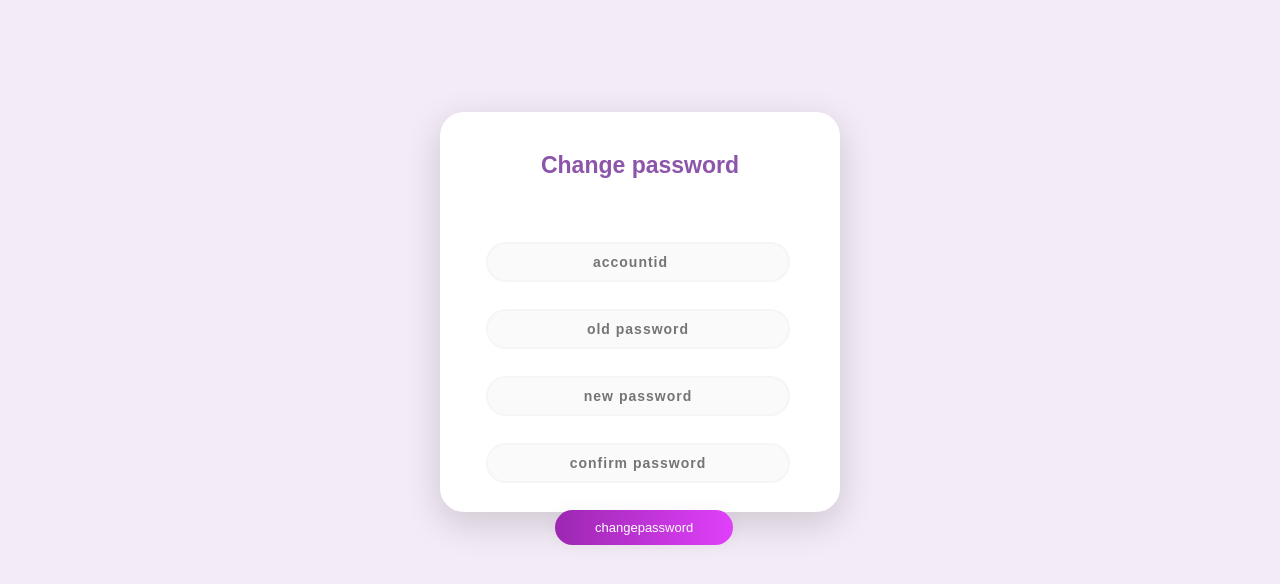
Repository: anujs099/bankingapp
Page: banking-application-final/WebContent/changepassword.html
These files come from the project's save history. The page is drawn as it stood at one moment and after the next save; the edit follows.
The browser window is 1280 px wide. The pictures show the whole page.

Above is the page before, as saved 2021-03-07 15:05:47.

After the next save:
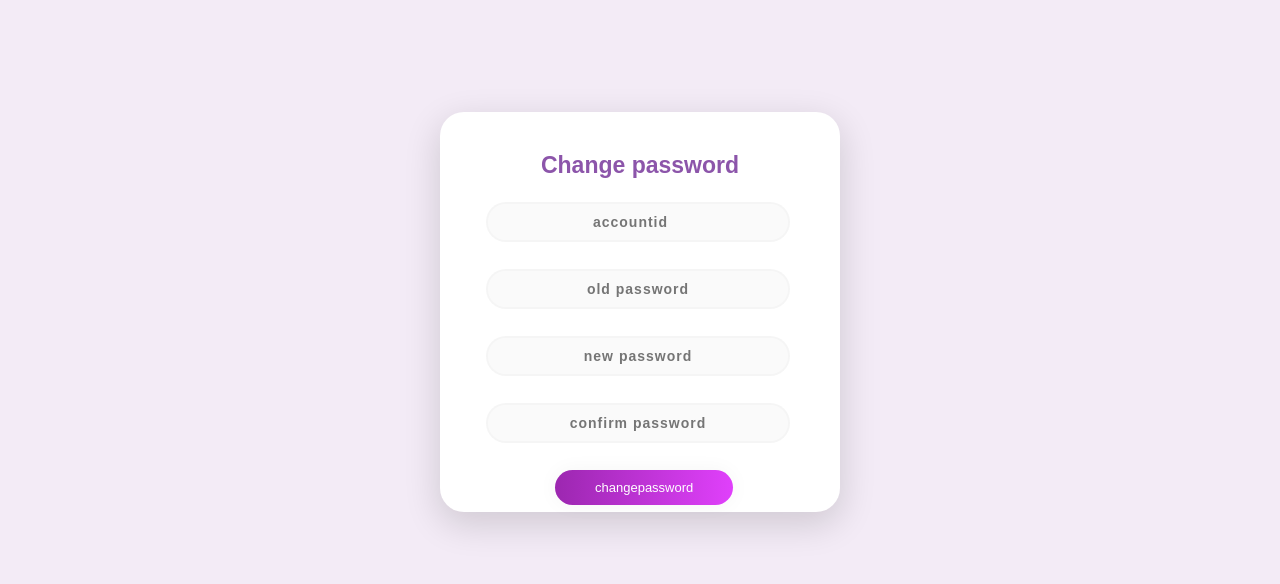
Saved 31 s later.
--- a/banking-application-final/WebContent/changepassword.html
+++ b/banking-application-final/WebContent/changepassword.html
@@ -9,7 +9,8 @@
 <div class="main">
 <p class="sign" align="center">Change password</p>
 
-<form action="changepassword" method="post" class="form1">
+<form action="changepassword" method="post" style="padding:-10px">
+
 <input type="number" placeholder="accountid" name="accountid" class="un"><br>
 <input type="text" placeholder="old password" name="oldpassword" class="un"><br>
 <input type="text" placeholder="new password" name="newpassword" class="un"><br>
